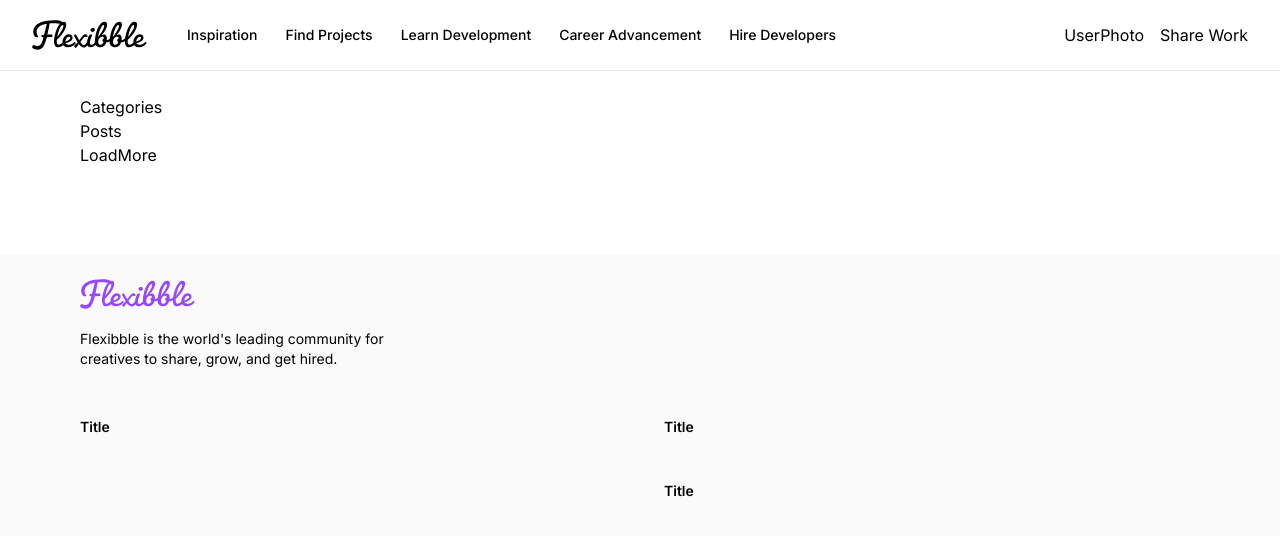
Repository: davedeguia/grafbase_flexibble
Page: /
These files come from the project's save history. The page is drawn as it stood at one moment and after the next save; the edit follows.
The browser window is 1280 px wide. The pictures show the whole page.
The project was rebuilt for these pictures with package versions that can differ from the ones it lists, and the page was loaded fresh each time. The framework's server and built-in components were replaced by stand-ins that run in the browser. Also part of the build but not shown: next.config.js, app/components/AuthProviders.tsx.

Above is the page before, as saved 2023-07-16 07:46:13.

### app/layout.tsx
import Footer from './components/Footer'
import Navbar from './components/Navbar'
import './globals.css'

export const metadata = {
  title: 'Flexibble',
  description: 'Showcase and discover remarkable developer projects',
}

export default function RootLayout({
  children,
}: {
  children: React.ReactNode
}) {
  return (
    <html lang='en'>
      <body>
        <Navbar />
        <main>{children}</main>
        <Footer />
      </body>
    </html>
  )
}

### app/page.tsx
const Home = () => {
  return (
    <section className='flex-start flex-col paddings mb-16'>
      <h1>Categories</h1>
      <h1>Posts</h1>
      <h1>LoadMore</h1>
    </section>
  )
}

export default Home

### app/components/Footer.tsx
import Image from 'next/image'
import React from 'react'
import { footerLinks } from '../constants'
import Link from 'next/link'

type ColumnProps = {
  title: string
  links: Array<string>
}

const FooterColumn = ({ title, links }: ColumnProps) => (
  <div className='footer_column'>
    <h4 className='font-semibold'>Title</h4>
    <ul className='flex flex-col gap-2 font-normal'>
      {links.map((link) => (
        <Link href='/' key={link}></Link>
      ))}
    </ul>
  </div>
)

const Footer = () => {
  return (
    <footer className='flexStart footer'>
      <div className='flex flex-col gap-12 w-full'>
        <div className='flex items-start flex-col'>
          <Image
            src='/logo-purple.svg'
            width={115}
            height={38}
            alt='Flexible'
          />

          <p className='text-start text-sm font-normal mt-5 max-w-xs'>
            Flexibble is the world's leading community for creatives to share,
            grow, and get hired.
          </p>
        </div>
        <div className='flex flex-wrap gap-12'>
          <FooterColumn
            title={footerLinks[0].title}
            links={footerLinks[0].links}
          />

          <div className='flex-1 flex flex-col gap-4'>
            <FooterColumn
              title={footerLinks[1].title}
              links={footerLinks[1].links}
            />
            <FooterColumn
              title={footerLinks[2].title}
              links={footerLinks[2].links}
            />
          </div>
        </div>
      </div>
    </footer>
  )
}

export default Footer

### app/components/Navbar.tsx
import React from 'react'
import Link from 'next/link'
import Image from 'next/image'
import { NavLinks } from '../constants'
import AuthProviders from './AuthProviders'

const Navbar = () => {
  const session = {}
  return (
    <nav className='flexBetween navbar'>
      <div className='flex-1 flexStart gap-10'>
        <Link href='/'>
          <Image src='/logo.svg' width={115} height={43} alt='Flexible' />
        </Link>
        <ul className='xl:flex hidden text-small gap-7'>
          {NavLinks.map((link) => (
            <Link href={link.href} key={link.key}>
              {link.text}
            </Link>
          ))}
        </ul>
      </div>
      <div className='flexCenter gap-4'>
        {session ? (
          <>
            UserPhoto
            <Link href='/create-project'>Share Work</Link>
          </>
        ) : (
          <AuthProviders />
        )}
      </div>
    </nav>
  )
}

export default Navbar

### app/constants/index.tsx
export const NavLinks = [
  { href: '/', key: 'Inspiration', text: 'Inspiration' },
  { href: '/', key: 'Find Projects', text: 'Find Projects' },
  { href: '/', key: 'Learn Development', text: 'Learn Development' },
  { href: '/', key: 'Career Advancement', text: 'Career Advancement' },
  { href: '/', key: 'Hire Developers', text: 'Hire Developers' },
]

export const categoryFilters = [
  'Frontend',
  'Backend',
  'Full-Stack',
  'Mobile',
  'UI/UX',
  'Game Dev',
  'DevOps',
  'Data Science',
  'Machine Learning',
  'Cybersecurity',
  'Blockchain',
  'E-commerce',
  'Chatbots',
]

export const footerLinks = [
  {
    title: 'For developers',
    links: [
      'Go Pro!',
      'Explore development work',
      'Development blog',
      'Code podcast',
      'Open-source projects',
      'Refer a Friend',
      'Code of conduct',
    ],
  },
  {
    title: 'Hire developers',
    links: [
      'Post a job opening',
      'Post a freelance project',
      'Search for developers',
    ],
  },
  {
    title: 'Brands',
    links: ['Advertise with us'],
  },
  {
    title: 'Company',
    links: [
      'About',
      'Careers',
      'Support',
      'Media kit',
      'Testimonials',
      'API',
      'Terms of service',
      'Privacy policy',
      'Cookie policy',
    ],
  },
  {
    title: 'Directories',
    links: [
      'Development jobs',
      'Developers for hire',
      'Freelance developers for hire',
      'Tags',
      'Places',
    ],
  },
  {
    title: 'Development assets',
    links: [
      'Code Marketplace',
      'GitHub Marketplace',
      'NPM Registry',
      'Packagephobia',
    ],
  },
  {
    title: 'Development Resources',
    links: [
      'Freelancing',
      'Development Hiring',
      'Development Portfolio',
      'Development Education',
      'Creative Process',
      'Development Industry Trends',
    ],
  },
]

### tailwind.config.js
/** @type {import('tailwindcss').Config} */
module.exports = {
  content: [
    './pages/**/*.{js,ts,jsx,tsx,mdx}',
    './components/**/*.{js,ts,jsx,tsx,mdx}',
    './app/**/*.{js,ts,jsx,tsx,mdx}',
  ],
  theme: {
    extend: {
      colors: {
        'nav-border': '#EBEAEA',
        'light-white': '#FAFAFB',
        'light-white-100': '#F1F4F5',
        'light-white-200': '#d7d7d7',
        'light-white-300': '#F3F3F4',
        'light-white-400': '#E2E5F1',
        'light-white-500': '#E4E4E4',
        gray: '#4D4A4A',
        'gray-100': '#3d3d4e',
        'black-100': '#252525',
        'primary-purple': '#9747FF',
        'gray-50': '#D9D9D9',
      },
      boxShadow: {
        menu: '0px 159px 95px rgba(13,12,34,0.01), 0px 71px 71px rgba(13,12,34,0.02), 0px 18px 39px rgba(13,12,34,0.02), 0px 0px 0px rgba(13,12,34,0.02)',
      },
      screens: {
        xs: '400px',
      },
      maxWidth: {
        '10xl': '1680px',
      },
    },
  },
  plugins: [],
}

Loaded but not shown: app/globals.css (common file)

After the next save:
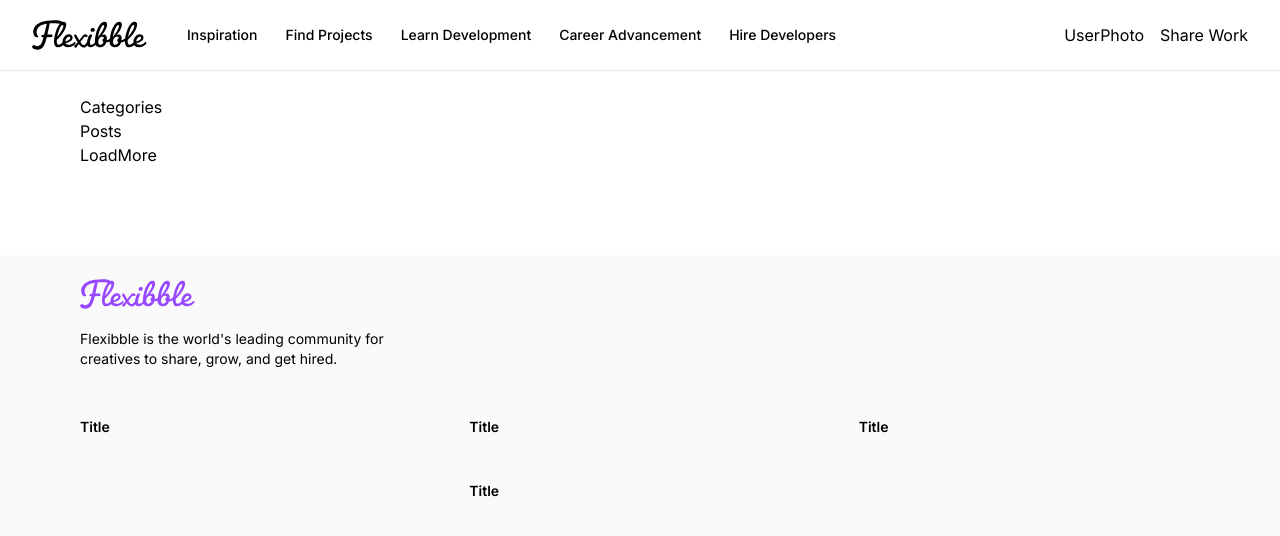
Saved 3 min 51 s later.
--- a/app/components/Footer.tsx
+++ b/app/components/Footer.tsx
@@ -52,6 +52,10 @@
               links={footerLinks[2].links}
             />
           </div>
+          <FooterColumn
+            title={footerLinks[3].title}
+            links={footerLinks[3].links}
+          />
         </div>
       </div>
     </footer>
